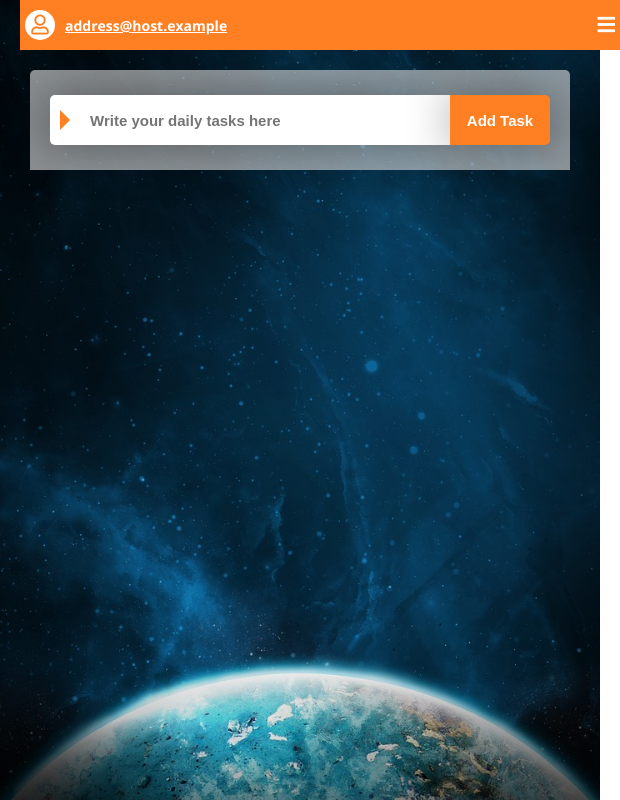
Repository: OmarEssameldinMousa/To-do-list-level01
Page: index.html
The author's editor kept a copy of each file at every save. The page is drawn from the files as they stood at one save, then again after the next save.
The browser window is 600 px wide. The page is 620 px wide, then 600 px, so the pictures cover 620 px, including what lies to the right of the window. The pictures show the whole page.

Above is the page before, as saved 2023-08-10 01:25:02.

### index.html
<!DOCTYPE html>
<html lang="en">

<head>
    <meta charset="UTF-8">
    <meta name="viewport" content="width=device-width, initial-scale=1.0">
    <title>ToDo</title>
    <link rel="stylesheet" href="main.css">
    <link rel="preconnect" href="https://fonts.gstatic.com" />
    <link rel="stylesheet" href="css/all.min.css">
    <link href="https://fonts.googleapis.com/css2?family=Open+Sans:wght@400;700&display=swap" rel="stylesheet" />
</head>

<body>
    <div class="dashboard">
        <div class="nav">
            <div class="navigation">
                <div class="profile">
                    <div class="profile-pic">
                        <i class="fa-regular fa-user"></i>
                    </div>
                    <h3>address@host.example</h3>
                    <i class="fa-solid fa-bars" style="color: #ffffff;"></i>
                </div>
                <ul>
                    <li>
                        <span class="toggle"></span>
                        <span class="title">option</span>
                        <i class="fa-solid fa-plus"></i>
                    </li>
                    <li>
                        <span class="toggle"></span>
                        <span class="title">option</span>
                        <i class="fa-solid fa-plus"></i>
                    </li>
                    <li>
                        <span class="toggle"></span>
                        <span class="title">option</span>
                        <i class="fa-solid fa-plus"></i>
                    </li>
                    <li>
                        <span class="toggle"></span>
                        <span class="title">option</span>
                        <i class="fa-solid fa-plus"></i>
                    </li>
                    <li>
                        <span class="toggle"></span>
                        <span class="title">option</span>
                        <i class="fa-solid fa-plus"></i>
                    </li>
                    <li>
                        <span class="toggle"></span>
                        <span class="title">option</span>
                        <i class="fa-solid fa-plus"></i>
                    </li>
                    <li>
                        <span class="toggle"></span>
                        <span class="title">option</span>
                        <i class="fa-solid fa-plus"></i>
                    </li>
                    <li>
                        <span class="toggle"></span>
                        <span class="title">option</span>
                        <i class="fa-solid fa-plus"></i>
                    </li>
                </ul>
            </div>
        </div>
        <div class="workstation">
            <div class="container">
                <div class="form">
                    <div>
                        <span></span>
                        <input type="text" class="input" placeholder="Write your daily tasks here">
                    </div>
                    <input type="submit" class="add" value="Add Task">
                </div>
                <!-- separator -->
                <div class="tasks">
                    <div class="tasks-numbers">

                    </div>
                    <div class="tasks-container">

                    </div>
                </div>
            </div>
        </div>
    </div>
    <script src="main.js"></script>
</body>

</html>

### main.css
:root {
    --main-color: rgba(235, 235, 235, 0.6);
    --secondery-color: #ff7f23;
}

* {
    -webkit-box-sizing: border-box;
    -moz-box-sizing: border-box;
    box-sizing: border-box;
    padding: 0;
    margin: 0;
}

body {
    font-family: "Open Sans", sans-serif;
    background-image: url(backgroundimage.jpg);
    background-repeat: no-repeat;
    background-size: cover;
    position: relative;
    height: 100%;
    background-attachment: fixed;
}

ul {
    list-style: none;
}

.dashboard {
    display: flex;
    height: 100%;
    width: 100%;
    column-gap: 0px;
}

.nav {
    width: 25%;
    height: 100%;
    position: relative;
    margin-top: 20px;
    border-radius: 5px;
    margin-left: 20px;
}

.nav .navigation {
    height: 100%;
    width: 100%;
    position: relative;
}

.nav .navigation .profile {
    width: 100%;
    height: 50px;
    background-color: var(--secondery-color);
    display: flex;
    align-items: center;
    /* border-bottom: 5px solid white; */
    border-radius: 5px;
    position: relative;
}

.nav .navigation .profile .profile-pic {
    border-radius: 50%;
    background-color: white;
    height: 30px;
    width: 30px;
    display: flex;
    align-items: center;
    justify-content: center;
    margin-left: 5px;
}

.nav .navigation .profile i {
    font-size: 20px;
    color: var(--secondery-color);
}

.nav .navigation .profile h3 {
    font-size: 14px;
    padding-left: 10px;
    text-decoration: underline;
    color: white;
}

.nav .navigation ul {
    width: 100%;
    margin: auto;
    margin-top: 5px;
    padding: 5px;
    background: var(--main-color);
    border-bottom-left-radius: 5px;
    border-bottom-right-radius: 5px;
    border-bottom: 5px solid #ff7f23;
}

.nav .navigation ul li {
    padding: 5px;
    height: 30px;
    background-color: white;
    margin-bottom: 5px;
    border-radius: 1px;
    border-left: 5px solid #ff7f23;
    display: flex;
    align-items: center;
    transition: 0.3s;
}


.nav .navigation ul li:hover .toggle {
    padding-left: 10px;
}

.fa-solid.fa-plus {
    position: absolute;
    right: 15px;
    font-size: 25px;
    color: #ff7f23;
    font-weight: bold;
}

li .toggle {
    border: 10px solid var(--secondery-color);
    border-color: transparent transparent transparent #ff7f23;
    transition: 0.3s;
}

.workstation {
    height: 100%;
    position: relative;
    flex: 1;
}

.container {
    width: 100%;
    min-height: 50px;
    background-color: transparent;
    z-index: 1;
    position: absolute;
}

.container .form {
    width: 90%;
    height: 100px;
    background-color: var(--main-color);
    margin: 20px auto;
    border-top-right-radius: 5px;
    border-top-left-radius: 5px;
    text-align: center;
    position: relative;
    display: flex;
    justify-content: center;
    align-items: center;
    padding-left: 20px;
    padding-right: 20px;
}

.container .tasks {
    width: 90%;
    background-color: var(--main-color);
    margin: 20px auto;
    display: flex;
    border-bottom-left-radius: 5px;
    border-bottom-right-radius: 5px;
}

.container .form .input,
.container .form .add {
    display: block;
    height: 50px;
}

.container .form div {
    width: 80%;
    border-bottom-left-radius: 5px;
    border-top-left-radius: 5px;
    border: 0px solid;
    box-shadow: -5px 0 50px 0px #00000073;
    background-color: white;
    display: flex;
    justify-content: flex-end;
    align-items: center;
}

.container .form div span {
    border: 10px solid #ff7f23;
    border-color: transparent transparent transparent #ff7f23;
    margin-right: 10px;
    margin-left: 10px;
}

.container .form div .input {
    outline: 0;
    font-size: 15px;
    border: 0px solid;
    font-weight: bold;
    width: 90%;
}

.container .form .add {
    width: 100px;
    border: 0px solid;
    background-color: #ff7f23;
    color: white;
    font-weight: bold;
    font-size: 15px;
    border-bottom-right-radius: 5px;
    border-top-right-radius: 5px;
    box-shadow: 5px 0 50px 0px #00000073;
}

.container .tasks .tasks-container {
    width: 80%;
    display: flex;
    flex-direction: column;
    align-items: center;
    align-content: center;
    flex: 1;
}

.container .tasks .tasks-container .task {
    width: 80%;
    height: 50px;
    border-radius: 5px;
    border: 0px solid;
    box-shadow: -5px 0 50px 0px #00000073;
    background-color: white;
    margin: 10px 0;
    position: relative;
    display: flex;
    align-items: center;
}

.container .tasks .tasks-container .task i {
    margin-left: 10px;
    margin-right: 10px;
    color: var(--secondery-color);
}


.container .tasks .tasks-container .task::after {
    content: "";
    width: 10%;
    height: 100%;
    background-color: #ff7f23;
    position: absolute;
    top: 0;
    left: 90%;
    z-index: 0;
    border-top-right-radius: 5px;
    border-bottom-right-radius: 5px;
}

.container .tasks .tasks-container .task i:first-of-type {
    position: absolute;
    right: 4%;
    top: 50%;
    transform: translateY(-50%);
    color: white;
    z-index: 1;
    font-size: 20px;
}

.container .tasks .tasks-container .task i:last-of-type {
    position: absolute;
    right: 0%;
    top: 50%;
    transform: translateY(-50%);
    color: white;
    z-index: 1;
    font-size: 20px;
}

.container .tasks .tasks-numbers {
    width: 50px;
    display: flex;
    align-items: center;
    flex-direction: column;
}


.tasks-numbers .repated-line-circle {
    width: 2px;
    height: 70px;
}

.tasks-numbers .line-circle {
    display: flex;
    flex-direction: column;
    width: 100%;
    height: 100%;
    justify-content: space-between;
    align-items: center;
}

.tasks-numbers .line-circle .upper-line {
    width: 100%;
    height: 40%;
    background-color: white;
}

.tasks-numbers .line-circle .circle {
    font-family: 'VT323', monospace;
    width: 20px;
    height: 20px;
    background-color: #ff7f23;
    border-radius: 50%;
    text-align: center;
    position: relative;
    transition: 0.3s;
    animation: gradient-animation 5s infinite alternate;
    border: 1px solid white;
}


.tasks-numbers .line-circle .circle p {
    position: absolute;
    left: 50%;
    top: 50%;
    transform: translate(-50%, -50%);
    font-size: 14px;
    color: white;
}

.line-circle .circle p a {
    text-decoration: none;
}

.tasks-numbers .line-circle .lower-line {
    width: 2px;
    height: 40%;
    background-color: white;
}

.nav .navigation .profile i.fa-solid.fa-bars {
    position: absolute;
    right: 5px;
}


@media (max-width: 767px) {
    body {
        background-image: url(longphoto.jpg);

    }

    .dashboard {
        flex-direction: column;
    }

    .nav {
        margin-top: 0;
        width: 100% !important;
        height: 50px;
        z-index: 2;
    }

    .navigation {
        width: 100%;
        position: absolute;
        background-color: #ff7f23;
    }

    .nav .navigation ul {
        width: 100%;
        display: none;
        box-shadow: 0px 0 30px 0px #000000a9;
    }

    .nav .navigation ul li {
        border: none;
        border-bottom: 1px solid #ff7f23;
        margin: 0;
    }

    .navigation .footer {
        display: none;
    }

    .nav .navigation .profile i.fa-solid.fa-bars {
        display: inline-block;
    }

    .nav .navigation .profile i.fa-solid.fa-bars.second {
        display: none;
    }

}

/* Small */
@media (min-width: 768px) {}

/* Medium */
@media (min-width: 992px) {}

/* Large */
@media (min-width: 1200px) {}

### main.js
let counter = 1;
let counterarray = [];
let tasksDiv = document.querySelector(".tasks-container");
let tasksnumbersDiv = document.querySelector(".tasks-numbers");
let inputbox = document.querySelector(".input");
let inputboxValue = inputbox.value;
let inputbtn = document.querySelector(".add");
let idtentity = 0;
let list = [];
let menu_bars = document.querySelector("i.fa-solid.fa-bars")
let optionsul = document.querySelector(".nav .navigation ul")
let menu_bars2 = document.querySelector("i.fa-solid.fa-bars.second")
let navdiv = document.querySelector(".nav")

function createTaskDiv_NumberDiv() {
    if (inputbox.value != "") {
        let inputbox = document.querySelector(".input");
        let inputboxValue = inputbox.value;
        counterarray.push(counter);
        // craeting task divs
        let taskDiv = document.createElement("div");
        taskDiv.className = "task";
        let i1 = document.createElement("i");
        i1.className = "fa-regular fa-square-check";
        let i2 = document.createElement("i");
        i2.className = "fa-solid fa-clock";
        let i3 = document.createElement("i");
        i3.className = "fa-regular fa-trash-can";
        i3.setAttribute("index", counterarray.length - 1);
        let tasktitle = document.createElement("h4");
        tasktitle.innerHTML = inputboxValue;
        // nesting all childs under each parent
        tasksDiv.appendChild(taskDiv);
        taskDiv.appendChild(i1);
        taskDiv.appendChild(i2);
        taskDiv.appendChild(i3);
        taskDiv.appendChild(tasktitle);
        //creating the numbering divs
        let repatedlinecircleDiv = document.createElement("div");
        repatedlinecircleDiv.className = "repated-line-circle";
        let linecirclediv = document.createElement("div");
        linecirclediv.className = "line-circle";
        let upperlinediv = document.createElement("div");
        upperlinediv.className = "upper-line";
        let circlediv = document.createElement("div");
        circlediv.className = "circle";
        let circleparacontent = document.createElement("p");
        circleparacontent.innerHTML = `${counterarray.length}`;
        let lowerlinediv = document.createElement("div");
        lowerlinediv.className = "lower-line";
        //nesting all childs under each parent
        tasksnumbersDiv.appendChild(repatedlinecircleDiv);
        repatedlinecircleDiv.appendChild(linecirclediv);
        linecirclediv.appendChild(upperlinediv);
        linecirclediv.appendChild(circlediv);
        circlediv.appendChild(circleparacontent);
        linecirclediv.appendChild(lowerlinediv);
        // after adjustments
        list.push({ "id": idtentity, "title": inputbox.value, });
        window.localStorage.setItem("tasks", JSON.stringify(list));
        inputbox.value = "";
        counter++;
        idtentity++;
        inputbox.focus();
    }
}

inputbtn.addEventListener("click", createTaskDiv_NumberDiv);

document.addEventListener("click", function (e) {
    if (e.target.className === "fa-regular fa-trash-can") {
        let n = 1;
        // deleting from BOM - local storage
        let storedTasks = JSON.parse(window.localStorage.getItem("tasks"))
        storedTasks.filter(a => a.id != e.index);
        list = storedTasks;
        window.localStorage.clear()
        window.localStorage.setItem("tasks", JSON.stringify(storedTasks));
        // deleting from the DOM
        e.target.parentElement.parentElement.previousElementSibling.lastChild.remove();
        counterarray.pop();
        counter--;
        e.target.parentElement.remove();
        document.querySelectorAll(".circle p").forEach(element => {
            element.innerHTML = n;
            n++;
        });
    }
})

menu_bars.addEventListener("click", function () {
    if (optionsul.style.display == "block") {
        optionsul.style.display = "none"
    } else {
        optionsul.style.display = "block"
    }
})

Loaded but not shown: css/all.min.css (library)

After the next save:
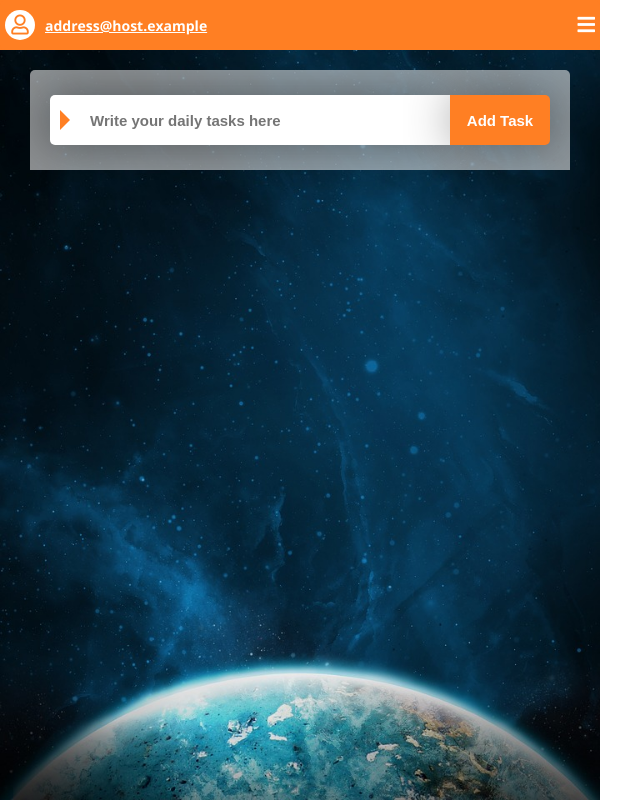
Saved 61 s later.
--- a/main.css
+++ b/main.css
@@ -347,6 +347,7 @@ li .toggle {
     }
 
     .nav {
+        margin-left: 0;
         margin-top: 0;
         width: 100% !important;
         height: 50px;
